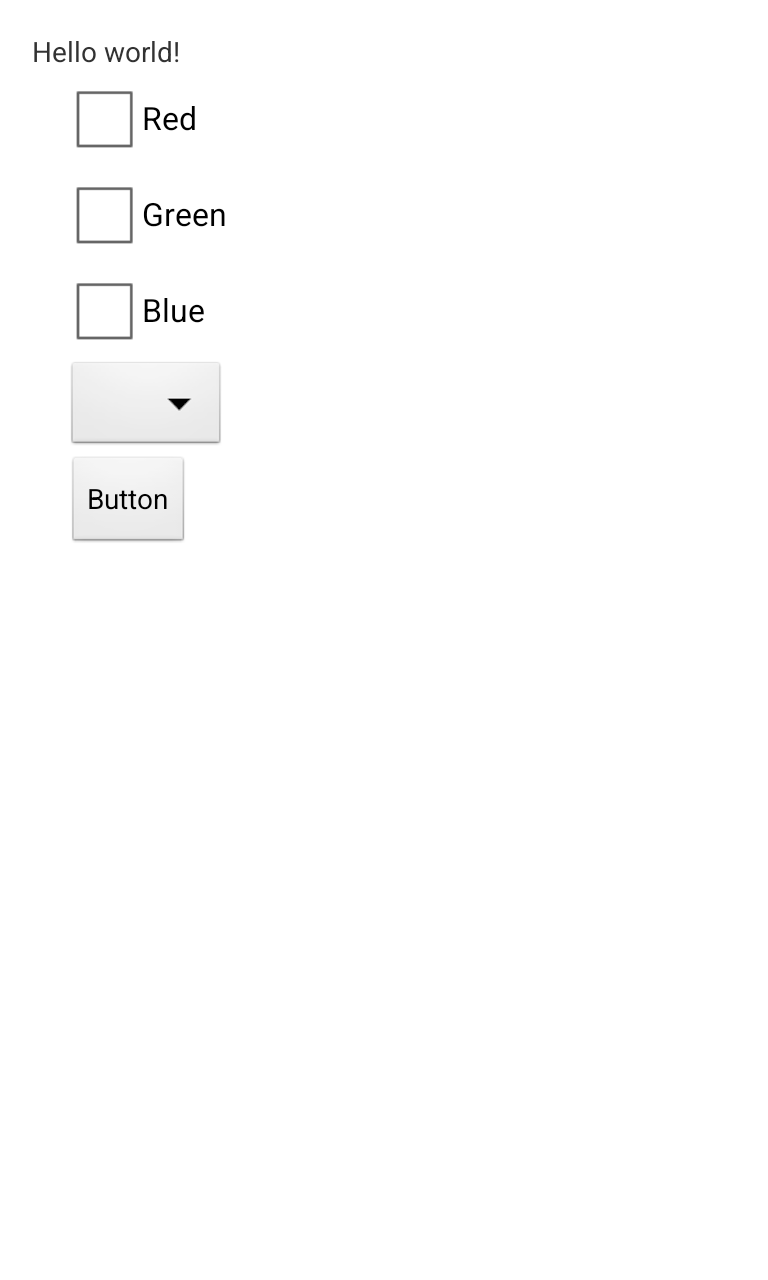
Repository: dkarpov/androidGO
Layout: IconTest/res/layout/activity_main.xml
An editor plug-in stored every save of this project. The layout is shown before and after a run of saves, followed by the edit.
It is drawn on a 768 x 1280 px phone screen (xhdpi) without system bars, with theme AppTheme; the app's code is not run.

Above is the layout before, as saved 2013-11-06 14:18:22.

After the next 2 saves:
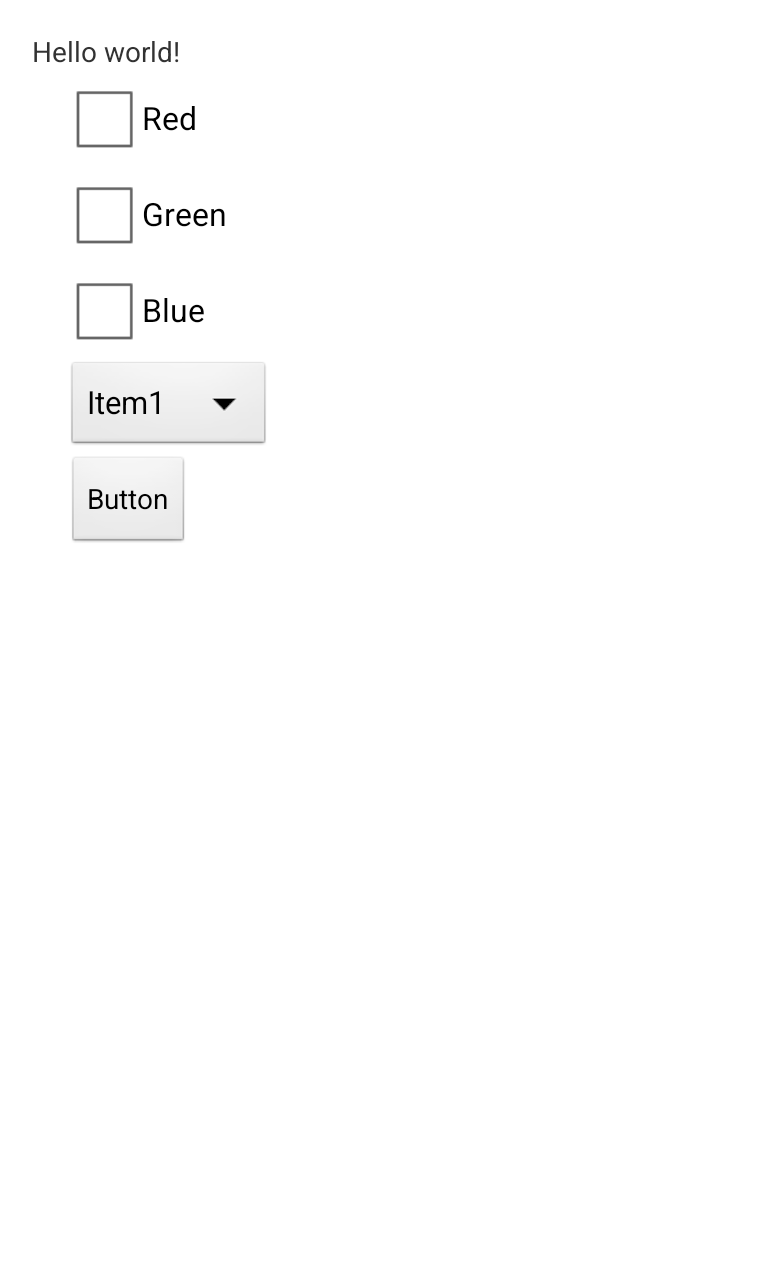
The 2 saves are shown as one change because 1 did not build or start.
The last was saved 9 min 49 s later.
--- a/IconTest/res/layout/activity_main.xml
+++ b/IconTest/res/layout/activity_main.xml
@@ -44,7 +44,8 @@
         android:layout_width="wrap_content"
         android:layout_height="wrap_content"
         android:layout_alignLeft="@+id/checkBox3"
-        android:layout_below="@+id/checkBox3" />
+        android:layout_below="@+id/checkBox3"
+        android:entries="@array/arr" />
 
     <Button
         android:id="@+id/button1"
